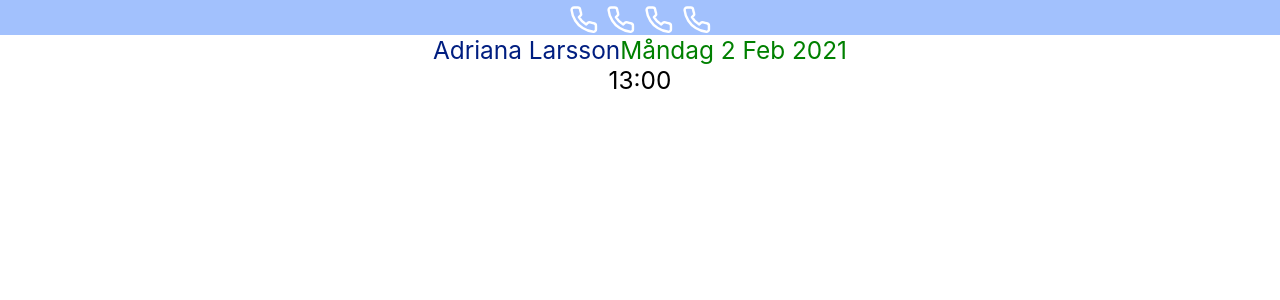
Repository: AdrianaLarsson/learning-react-adriana
Page: /
The author's editor kept a copy of each file at every save. The page is drawn from the files as they stood at one save, then again after the next save.
The browser window is 1280 px wide. The pictures show the whole page.
The project was rebuilt for these pictures with package versions that can differ from the ones it lists, and the page was loaded fresh each time. Also part of the build but not shown: src/components/pixiLearn/pixi-learning.js, src/components/pixiLearn/reactTimline/timelinegant.js.

Above is the page before, as saved 2021-02-17 13:36:23.

After the next save:
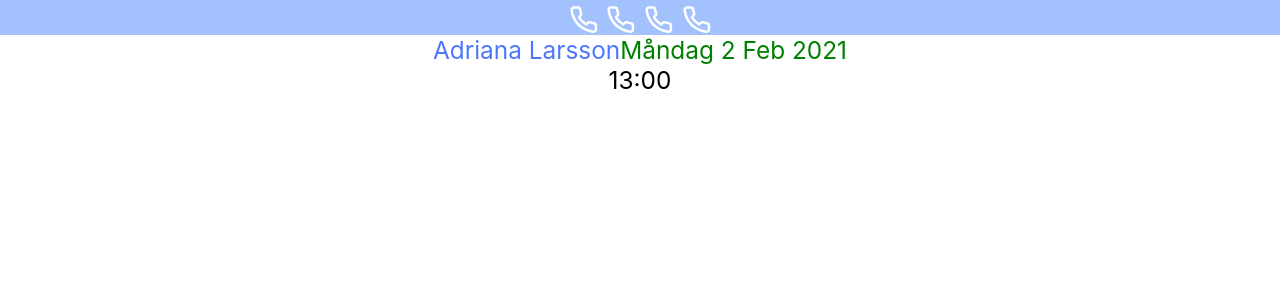
Saved 8 s later.
--- a/src/App.css
+++ b/src/App.css
@@ -26,7 +26,7 @@
 }
 .name{
   display: inline-flex;
-  color: rgb(0, 30, 128);
+  color: rgb(77, 118, 255);
 }
 .date{
   display: inline-flex;
